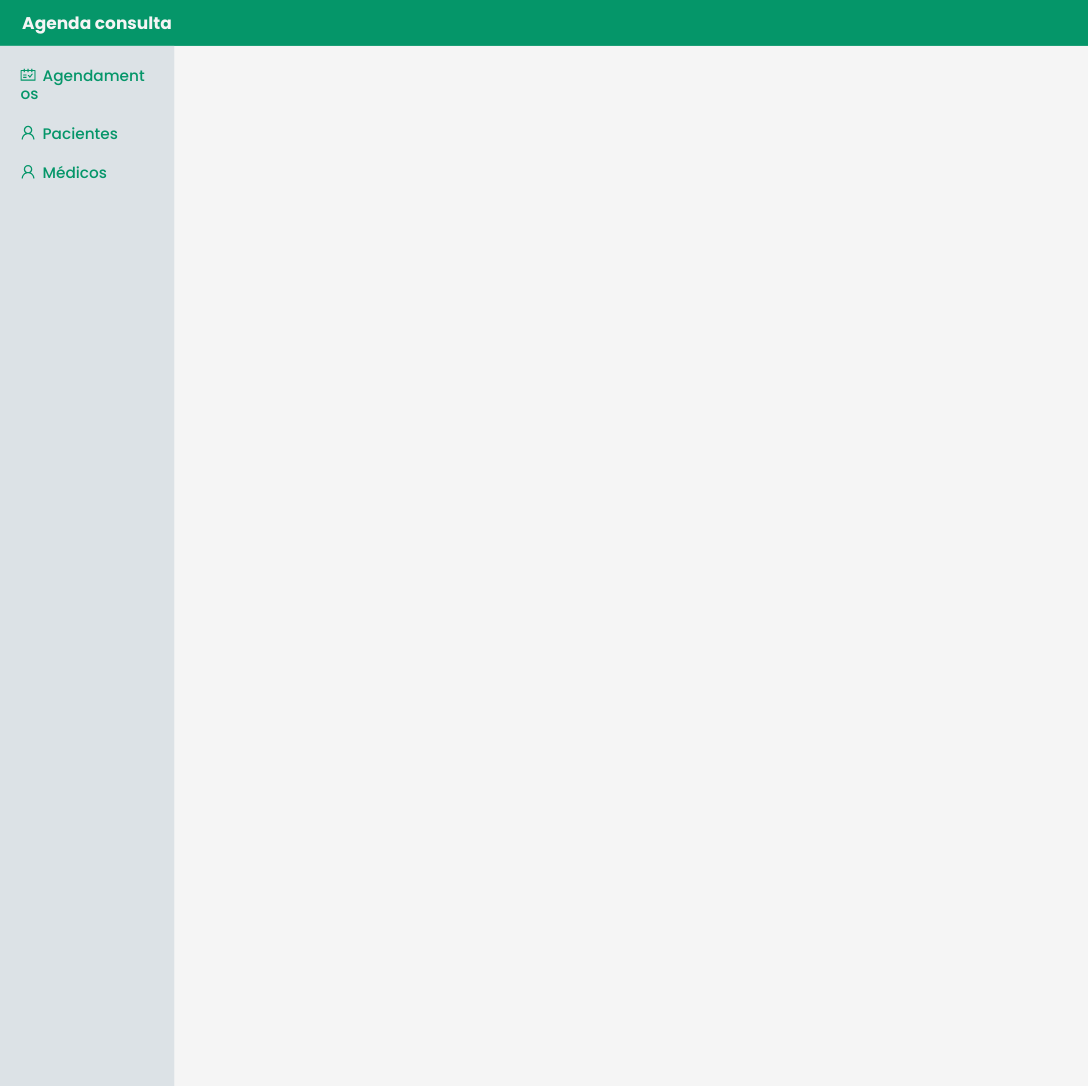
Repository: BarbaraCD/agendaconsulta
Page: /
The author's editor kept a copy of each file at every save. The page is drawn from the files as they stood at one save, then again after the next save.
The browser window is 1280 px wide. The pictures show the whole page, at 85% of full size.
The project was rebuilt for these pictures with package versions that can differ from the ones it lists, and the page was loaded fresh each time. Also part of the build but not shown: vite.config.ts, src/styles/StyleList.ts, src/components/Doctors.tsx, src/services/ApiConfig.ts, src/services/doctor.services.ts, src/styles/InputContainer.ts, src/components/InputDoctors.tsx, src/components/SubmitButton.tsx and 10 more.

Above is the page before, as saved 2023-08-11 15:02:36.

### index.html
<!DOCTYPE html>
<html lang="en">
  <head>
    <meta charset="UTF-8" />
    <link rel="icon" type="image/svg+xml" href="/vite.svg" />
    <meta name="viewport" content="width=device-width, initial-scale=1.0" />

    <link rel="preconnect" href="https://fonts.googleapis.com">
    <link rel="preconnect" href="https://fonts.gstatic.com" crossorigin>
    <link href="https://fonts.googleapis.com/css2?family=Poppins:wght@400;500;700&display=swap" rel="stylesheet">

    <title>Agendamento de Consulta</title>
  </head>
  <body>
    <div id="root"></div>
    <script type="module" src="/src/main.tsx"></script>
  </body>
</html>

### src/main.tsx
/* eslint-disable @typescript-eslint/no-non-null-assertion */
import React from 'react'
import ReactDOM from 'react-dom/client'
import { ThemeProvider } from 'styled-components'
import GlobalStyle, { Container, Content } from './styles/global'
import { theme } from './styles/Theme.ts'
import App from './App.tsx'
import { Routes } from './routes/index.tsx'
import { Header } from './components/Header.tsx'
import { Provider } from 'react-redux'
import store from './store/index.ts'
import { BrowserRouter } from 'react-router-dom'

ReactDOM.createRoot(document.getElementById('root')!).render(
  <React.StrictMode>
    <Provider store={store}>
      <ThemeProvider theme={theme}>
        <GlobalStyle />
        <BrowserRouter>
          <Header />
          <Container>
            <App />
            <Content>
              <Routes />
            </Content>
          </Container>
        </BrowserRouter>
      </ThemeProvider>
    </Provider>
  </React.StrictMode>,
)

### src/styles/global.ts
import styled, { createGlobalStyle } from 'styled-components'

export default createGlobalStyle`
  *{
    margin: 0;
    padding: 0;
    box-sizing: border-box;

  }
  body{
    height: 100%;
    font-family: 'Poppins', sans-serif;
    background: ${(props) => props.theme.colors.white};
    font-size: ${(props) => props.theme.size.xl};
  }
`

export const Container = styled.div`
  display: flex;
`

export const SidebarGlobal = styled.div`
  width: 16%;
`

export const Content = styled.div`
  flex: 1;
  margin: 0 16px;
`

### src/styles/Theme.ts
export const theme = {
  colors: {
    primary: '#059669',
    head: '#059669B3',
    100: '#E4FFE1',

    sbcolor: '#DCE2E6',
    gray: '#41414D',
    black: '#000',
    white: '#f5f5f5',
  },
  size: {
    sm: '14px',
    md: '16px',
    lg: '18px',
    xl: '20px',
    xxl: '24px',
  },
}

### src/App.tsx
import { SidebarGlobal } from './styles/global'
import { Sidebar } from './components/Sidebar'

export default function App() {
  return (
    <SidebarGlobal>
      <Sidebar />
    </SidebarGlobal>
  )
}

### src/routes/index.tsx
import { AppRoutes } from './app.routes'

export function Routes() {
  return (
    <>
      <AppRoutes />
    </>
  )
}

### src/components/Header.tsx
import { Link } from 'react-router-dom'
import { styled } from 'styled-components'

const Container = styled.div`
  background-color: ${(props) => props.theme.colors.primary};
  padding: 12px 16px;
  min-width: 80vw;
  font-weight: 700;
  overflow: visible;
`

const StyleRoute = styled(Link)`
  text-decoration: none;
  color: ${(props) => props.theme.colors.white};
  padding-left: 10px;
  word-break: normal;
`

export function Header() {
  return (
    <Container>
      <StyleRoute to="/">Agenda consulta</StyleRoute>
    </Container>
  )
}

### src/store/index.ts
import { configureStore, ThunkAction, Action } from '@reduxjs/toolkit'
import appointmentReducer from '../features/appointments/appointmentsSlice'

const store = configureStore({
  reducer: {
    appointment: appointmentReducer,
  },
})

export type RootState = ReturnType<typeof store.getState>
export type AppThunk<ReturnType = void> = ThunkAction<
  ReturnType,
  RootState,
  unknown,
  Action<string>
>

export default store

### src/components/Sidebar.tsx
import { ScheduleOutlined, UserOutlined } from '@ant-design/icons'
import { StyledSidebar, StyledList } from '../styles/SidebarStyled'
import { Link } from 'react-router-dom'

export function Sidebar() {
  return (
    <StyledSidebar>
      <StyledList>
        <li>
          <ScheduleOutlined style={{ color: '#059669' }} />
          <Link to="/appointments/new">Agendamentos</Link>
        </li>
        <li>
          <UserOutlined style={{ color: '#059669' }} />
          <Link to="/patients">Pacientes</Link>
        </li>
        <li>
          <UserOutlined style={{ color: '#059669' }} />
          <Link to="/doctors">Médicos</Link>
        </li>
      </StyledList>
    </StyledSidebar>
  )
}

### src/routes/app.routes.tsx
import { Routes, Route } from 'react-router-dom'

import { CreateDoctor } from '../components/CreateDoctor'
import { CreatePatient } from '../components/CreatePatient'
import { App } from 'antd'
import { AppointmentsCalendar } from '../components/Calendar'
import { CreateAppointments } from '../components/Appointments'

export function AppRoutes() {
  return (
    <Routes>
      <Route path="/" element={<App />} />
      <Route path="/patients" element={<CreatePatient />} />
      <Route path="/doctors" element={<CreateDoctor />} />
      <Route path="/appointments/new" element={<CreateAppointments />} />
      <Route path="/appointments/:id/edit" element={<CreateAppointments />} />
      <Route path="/appointments/calendar" element={<AppointmentsCalendar />} />
    </Routes>
  )
}

### src/features/appointments/appointmentsSlice.ts
import { createSlice, PayloadAction, CaseReducer } from '@reduxjs/toolkit'
import { AppointmentsProps } from '../../components/Appointments'

interface AppointmentState {
  appointments: AppointmentsProps[]
}

const initialState: AppointmentState = {
  appointments: [],
}

const appointmentSlice = createSlice({
  name: 'appointment',
  initialState,
  reducers: {
    addAppointment: (state, action: PayloadAction<AppointmentsProps>) => {
      state.appointments.push(action.payload)
    },
  },
})

export const { addAppointment } = appointmentSlice.actions

export type AppointmentAction = ReturnType<
  CaseReducer<typeof appointmentSlice.reducer>
>

export default appointmentSlice.reducer

### src/styles/SidebarStyled.ts
import styled from 'styled-components'

export const StyledSidebar = styled.div`
  display: flex;
  flex-direction: column;
  background-color: ${(props) => props.theme.colors.sbcolor};
  color: ${(props) => props.theme.colors.black};
  font-size: ${(props) => props.theme.size.lg};
  font-weight: 500;
  justify-content: flex-start;
  align-items: flex-start;
  overflow: auto;
  height: 170vh;

  @media (max-width: 768px) {
    width: 100%;
    height: 650vh;
  }
`

export const StyledList = styled.ul`
  list-style: none;
  padding: 12px;

  li {
    cursor: pointer;
    padding: 12px;
    line-height: 22px;
  }

  a {
    text-decoration: none;
    color: ${(props) => props.theme.colors.primary};
    margin: 8px;
    word-break: break-all;
  }
`

After the next save:
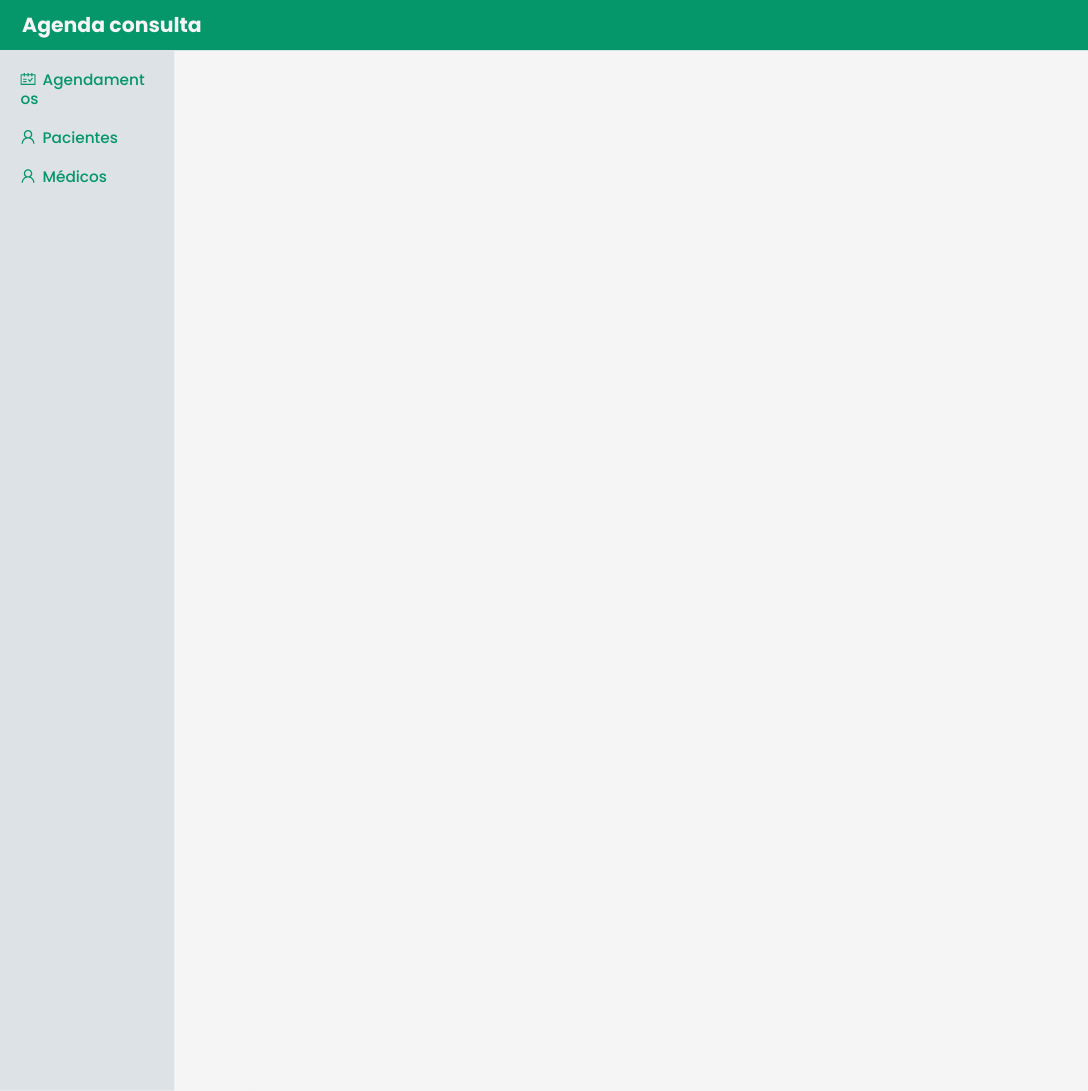
Saved 15 s later.
--- a/src/components/Header.tsx
+++ b/src/components/Header.tsx
@@ -11,6 +11,7 @@
 
 const StyleRoute = styled(Link)`
   text-decoration: none;
+  font-size: ${(props) => props.theme.size.xxl};
   color: ${(props) => props.theme.colors.white};
   padding-left: 10px;
   word-break: normal;

After the save that followed:
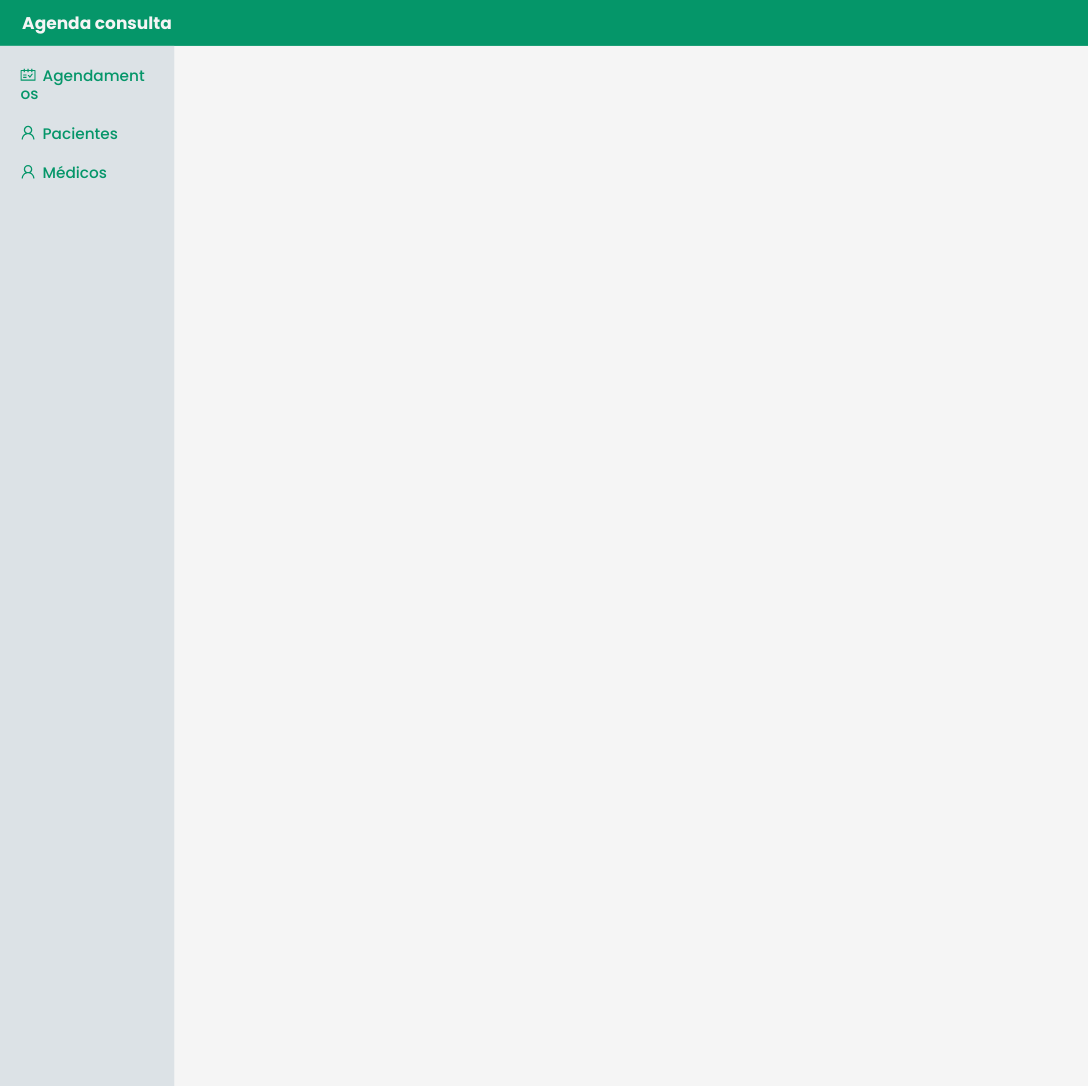
Saved 5 s later.
--- a/src/components/Header.tsx
+++ b/src/components/Header.tsx
@@ -11,7 +11,7 @@
 
 const StyleRoute = styled(Link)`
   text-decoration: none;
-  font-size: ${(props) => props.theme.size.xxl};
+  font-size: ${(props) => props.theme.size.xl};
   color: ${(props) => props.theme.colors.white};
   padding-left: 10px;
   word-break: normal;
